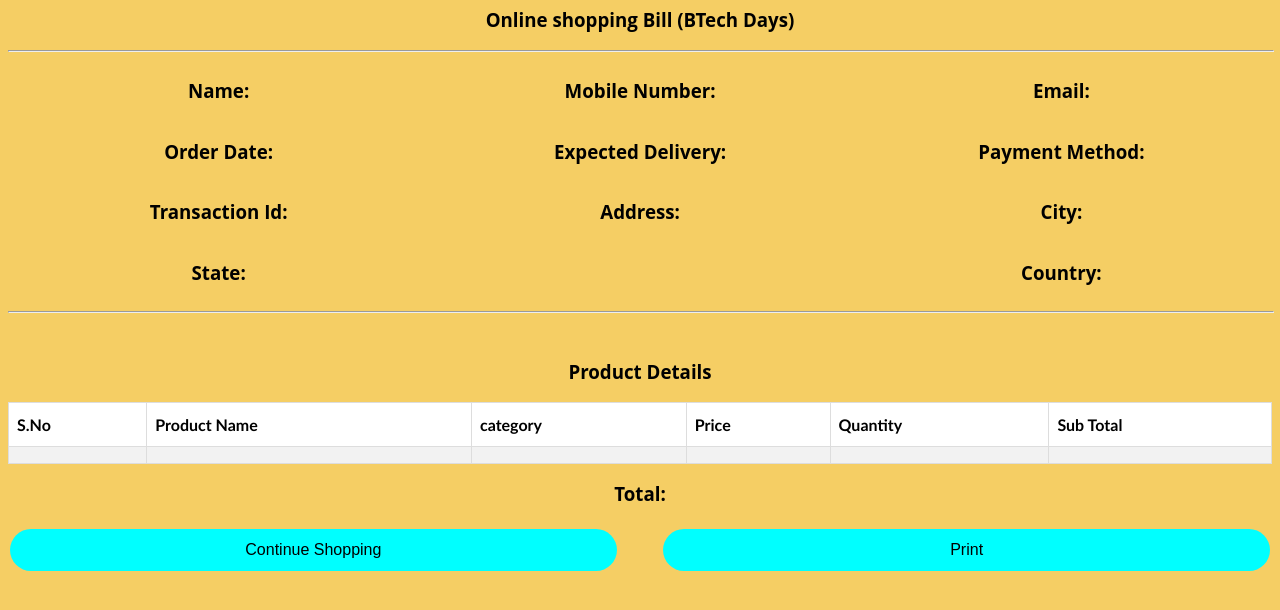
Repository: Dineshbabu290904/DigiMart
Page: http://localhost/DigiMart/bill.jsp
The author's editor kept a copy of each file at every save. The page is drawn from the files as they stood at one save, then again after the next save.
The browser window is 1280 px wide. The pictures show the whole page.
The page is served by Tomcat 9. Nobody is signed in. The application's start-up code is not run. Other server files are loaded and not shown.

Above is the page before, as saved 2024-10-17 16:23:10.

### DigiMart/src/main/webapp/bill.jsp

<html>
<head>
<link rel="stylesheet" href="css/bill.css">
<title>Bill</title>
</head>
<body>

<h3>Online shopping Bill (BTech Days)</h3>
<hr>
<div class="left-div"><h3>Name:  </h3></div>
<div class="right-div-right"><h3>Email:  </h3></div>
<div class="right-div"><h3>Mobile Number:  </h3></div>

<div class="left-div"><h3>Order Date:  </h3></div>
<div class="right-div-right"><h3>Payment Method:  </h3></div>
<div class="right-div"><h3>Expected Delivery:  </h3></div>

<div class="left-div"><h3>Transaction Id:  </h3></div>
<div class="right-div-right"><h3>City:  </h3></div>
<div class="right-div"><h3>Address:  </h3></div>

<div class="left-div"><h3>State:  </h3></div>
<div class="right-div-right"><h3>Country:  </h3></div>

<hr>



	<br>

<table id="customers">
<h3>Product Details</h3>
  <tr>
    <th>S.No</th>
    <th>Product Name</th>
    <th>category</th>
    <th>Price</th>
    <th>Quantity</th>
     <th>Sub Total</th>
  </tr>

  <tr>
    <td></td>
    <td></td>
    <td></td>
    <td></td>
    <td></td>
     <td></td>
  </tr>
  <tr>

</table>
<h3>Total: </h3>
<a href="continueShopping.jsp"><button class="button left-button">Continue Shopping</button></a>
<a onclick="window.print();"><button class="button right-button">Print</button></a>
<br><br><br><br>

</body>
</html>

### DigiMart/src/main/webapp/css/bill.css
    body {
  font-family: "Open Sans", sans-serif;
  line-height: 1.25;
  background-color: #f5ce64;
}

/*footer*/
.footer {
   position: fixed;
   left: 0;
   bottom: 0;
   width: 100%;
   background-color:#ccc;
   color:black;
   text-align: center;
}





.input-style {
  width: 90%;
  padding: 12px 20px;
  margin-left:5%;
  box-sizing: border-box;
  border: none;
  background-color:white;
  color: black;
  font-size: 16px;
}

input[type=text]:focus, textarea:focus,button:focus{
  outline: 4px solid orange;
  background-color:rgb(224, 255, 219);     /* oranges! yey */
}

.button {
  background-color: aqua;
  border: none;
  color: black;
  padding: 12px 20px;
  text-align: center;
  text-decoration: none;
  display: inline-block;
  font-size: 14px;
  margin: 4px 2px;
  transition-duration: 0.4s;
  cursor: pointer;
  font-size: 16px;
  width: 40%;
   border-radius: 25px;
}

.button:hover {
  background-color: pink;
  color: black;
}

hr
{
	width: 100%
}
h3
{
	text-align: center;
	color: black;
}
.alert
{
	color:yellow;
}

.profile-style
{
	border-style: dotted;

}

.left-button
{
	width: 48%;
	display:inline-block;
}

.right-button
{
	float:right;
	width: 48%;
	display:inline-block;
}

.left-div
{
	width: 33.33%;
	display:inline-block;
}

.right-div
{
	float:right;
	width: 33.33%;
	display:inline-block;
}
.right-div-right
{
	float:right;
	width: 33.33%;
	display:inline-block;
}
#customers {
  font-family: "Trebuchet MS", Arial, Helvetica, sans-serif;
  border-collapse: collapse;
  width: 100%;
}

#customers td, #customers th {
  border: 1px solid #ddd;
  padding: 8px;
}

#customers tr:nth-child(even){background-color: #f2f2f2;}

#customers tr:hover {background-color: #ddd;}

#customers th {
  padding-top: 12px;
  padding-bottom: 12px;
  text-align: left;
  background-color: white;
  color: black;
}

After the next save:
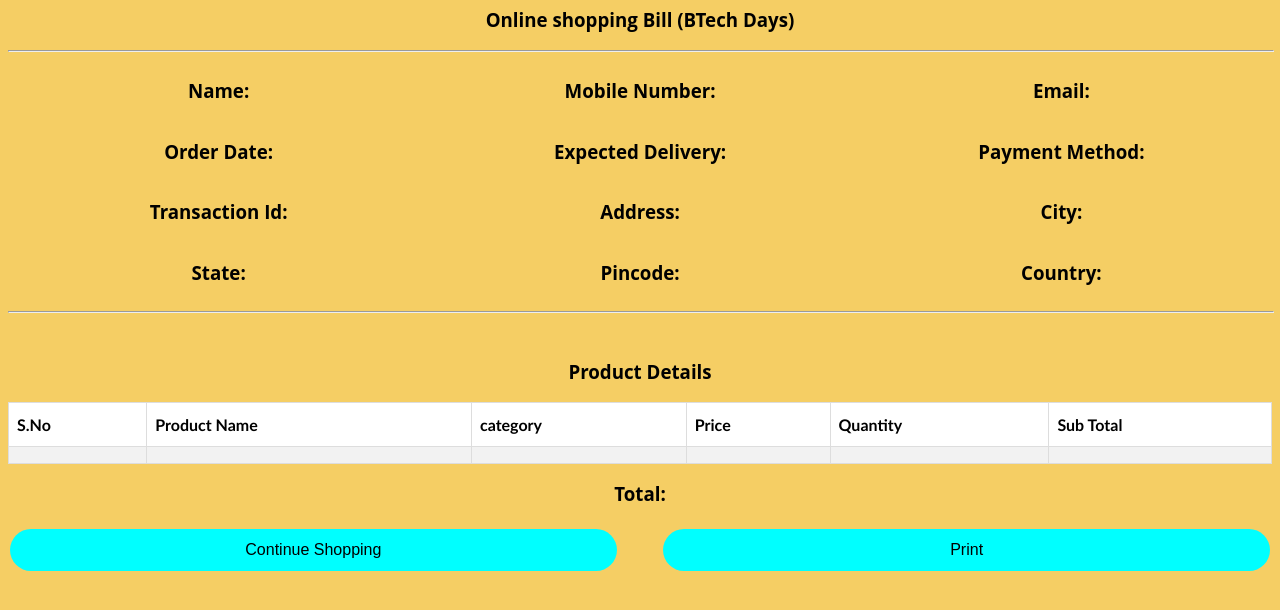
Saved 2 min 1 s later.
--- a/DigiMart/src/main/webapp/bill.jsp
+++ b/DigiMart/src/main/webapp/bill.jsp
@@ -22,6 +22,7 @@
 
 <div class="left-div"><h3>State:  </h3></div>
 <div class="right-div-right"><h3>Country:  </h3></div>
+<div class="right-div"><h3>Pincode:  </h3></div>
 
 <hr>
 
